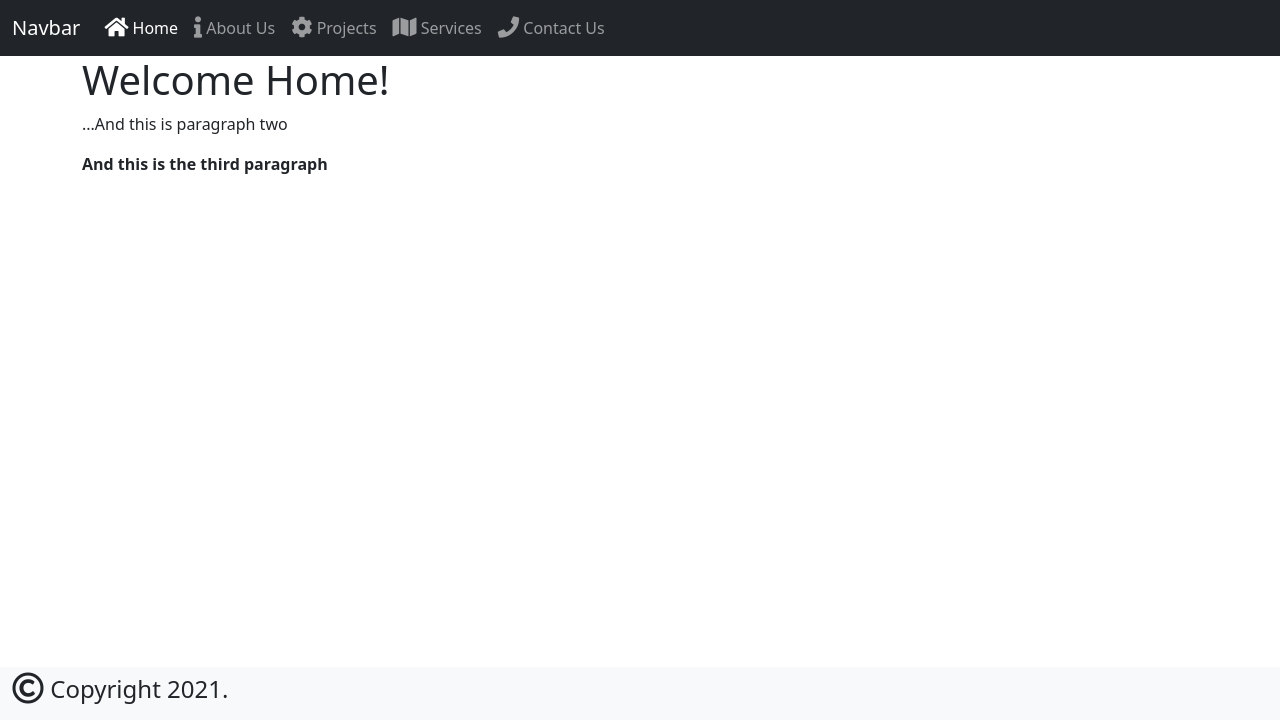
Repository: aphim/Webd6201-wk3
Page: index.html
The author's editor kept a copy of each file at every save. The page is drawn from the files as they stood at one save, then again after the next save.
The browser window is 1280 px wide. The pictures show the whole page.

Above is the page before, as saved 2021-01-21 08:35:54.

After the next save:
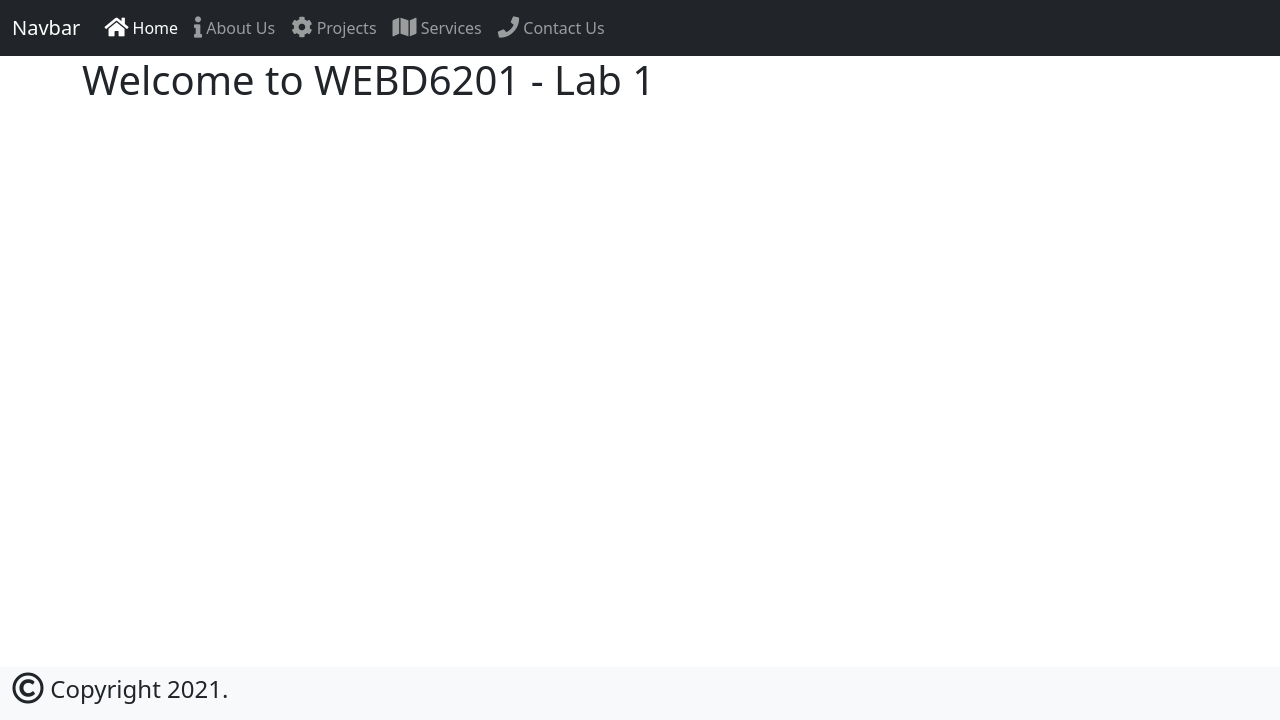
Saved 2 min 48 s later.
--- a/Scripts/app.js
+++ b/Scripts/app.js
@@ -56,7 +56,11 @@
         mainContent.removeChild(paragraphOneElement);
 
         //Update / modification of an element
-        mainContent.firstElementChild.textContent = "Welcome Home!";
+        //mainContent.firstElementChild.textContent = "Welcome Home!";
+
+        mainContent.innerHTML =
+        `<h1 id="firstHeading">Welcome to WEBD6201 - Lab 1</h1>
+        <p id="paragraphOne"></p>`
 
     }
 
